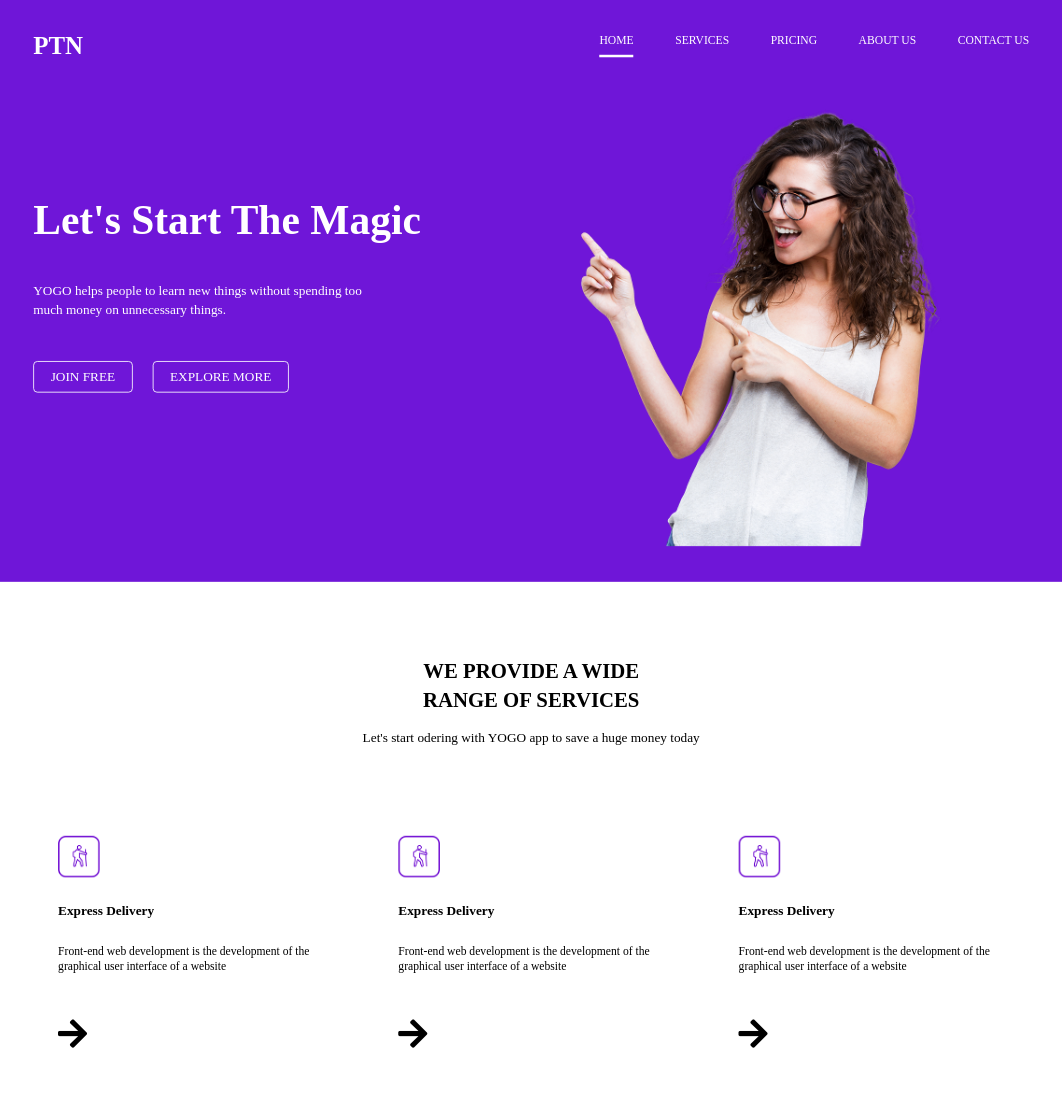
Repository: PhamTrungNguyen/LuyenTap
Page: index.html
An editor plug-in stored every save of this project. The page is shown before and after the next save, followed by the edit.
The browser window is 1280 px wide. The pictures show the whole page, at 83% of full size.
Some web fonts or font styles are not loaded; a fallback is used. The style sheet was rebuilt from its Sass, Less or Tailwind sources for each picture, by a compiler version that may differ from the author's.

Above is the page before, as saved 2021-12-05 20:05:00.

### index.html
<!DOCTYPE html>
<html lang="en">

<head>
    <meta charset="UTF-8">
    <meta http-equiv="X-UA-Compatible" content="IE=edge">
    <meta name="viewport" content="width=device-width, initial-scale=1.0">
    <title>TN_YoGo</title>
    <link rel="stylesheet" href="./reset.css">
    <link rel="stylesheet" href="./style.css">
    <!-- link truyền icon -->
    <link rel="stylesheet" href="https://cdnjs.cloudflare.com/ajax/libs/font-awesome/5.15.3/css/all.min.css"
        integrity="sha512-iBBXm8fW90+nuLcSKlbmrPcLa0OT92xO1BIsZ+ywDWZCvqsWgccV3gFoRBv0z+8dLJgyAHIhR35VZc2oM/gI1w=="
        crossorigin="anonymous" referrerpolicy="no-referrer" />
    <!-- link font chữ -->
    <link
        href="https://fonts.googleapis.com/css2?family=Roboto:ital,wght@0,300;0,400;1,300;1,400&family=Zen+Loop&display=swap"
        rel="stylesheet">
</head>

<body>
    <!-- -------------------- Logo và menu -------------------- -->
    <header class="header">
        <div class="container">
            <div class="header-main">
                <a href="#" class="header-main_logo">PTN</a>
                <ul class="header-main_menu">
                    <li class="header-main_menu__item">
                        <a href="" class="header-main_menu__link active-home">Home</a>
                    </li>
                    <li class="header-main_menu__item">
                        <a href="" class="header-main_menu__link">Services</a>
                    </li>
                    <li class="header-main_menu__item">
                        <a href="" class="header-main_menu__link">Pricing</a>
                    </li>
                    <li class="header-main_menu__item">
                        <a href="" class="header-main_menu__link">About Us</a>
                    </li>
                    <li class="header-main_menu__item">
                        <a href="" class="header-main_menu__link">Contact Us</a>
                    </li>
                </ul>
            </div>
            <!-- -------------------- Phần header trung tâm -------------------- -->
            <div class="header-center">
                <div class="header-left">
                    <h2 class="header-left_title">Let's Start The Magic</h2>
                    <p class="header-left_desc">YOGO helps people to learn new things without spending too much money on
                        unnecessary things.</p>
                    <div class="header-left_click">
                        <a href="" class="header-left_link">join free</a>
                        <a href="" class="header-left_link">explore more</a>
                    </div>
                </div>
                <div class="header-right">
                    <img src="./images/home-pic.png" alt="" class="header-right_image">
                </div>
            </div>
        </div>
    </header>
    <!-- -------------------- Phần service ( dưới header ) -------------------- -->
    <section class="service">
        <div class="container">
            <div class="service-over">
                <h2 class="service-over_title">we provide a wide range of services</h2>
                <p class="service-over_desc">Let's start odering with YOGO app to save a huge money today</p>
            </div>
            <div class="service-below">
                <div class="service-below--list">
                    <div class="service-below--block">
                        <img src="./images/Icon-1.png" alt="" class="service-below_icon">
                        <h3 class="service-below_title">Express Delivery</h3>
                        <span class="service-below_desc">Front-end web development is the development of the graphical user interface of a website</span>
                        <div class="service-below_item">
                            <i class="fas fa-arrow-right"></i>
                        </div>
                    </div>
                </div>
                <div class="service-below--list">
                    <div class="service-below--block">
                        <img src="./images/Icon-1.png" alt="" class="service-below_icon">
                        <h3 class="service-below_title">Express Delivery</h3>
                        <span class="service-below_desc">Front-end web development is the development of the graphical user interface of a website</span>
                        <div class="service-below_item">
                            <i class="fas fa-arrow-right"></i>
                        </div>
                    </div>
                </div>
                <div class="service-below--list">
                    <div class="service-below--block">
                        <img src="./images/Icon-1.png" alt="" class="service-below_icon">
                        <h3 class="service-below_title">Express Delivery</h3>
                        <span class="service-below_desc">Front-end web development is the development of the graphical user interface of a website</span>
                        <div class="service-below_item">
                            <i class="fas fa-arrow-right"></i>
                        </div>
                    </div>
                </div>

            </div>
        </div>
    </section>

</body>

</html>

### reset.css
/* http://meyerweb.com/eric/tools/css/reset/
   v2.0 | 20110126
   License: none (public domain)
*/

html,
body,
div,
span,
applet,
object,
iframe,
h1,
h2,
h3,
h4,
h5,
h6,
p,
blockquote,
pre,
a,
abbr,
acronym,
address,
big,
cite,
code,
del,
dfn,
em,
img,
ins,
kbd,
q,
s,
samp,
small,
strike,
strong,
sub,
sup,
tt,
var,
b,
u,
i,
center,
dl,
dt,
dd,
ol,
ul,
li,
fieldset,
form,
label,
legend,
table,
caption,
tbody,
tfoot,
thead,
tr,
th,
td,
article,
aside,
canvas,
details,
embed,
figure,
figcaption,
footer,
header,
hgroup,
menu,
nav,
output,
ruby,
section,
summary,
time,
mark,
audio,
video {
  margin: 0;
  padding: 0;
  border: 0;
  font-size: 100%;
  font: inherit;
  vertical-align: baseline;
}
/* HTML5 display-role reset for older browsers */
article,
aside,
details,
figcaption,
figure,
footer,
header,
hgroup,
menu,
nav,
section {
  display: block;
}
body {
  line-height: 1;
}
ol,
ul {
  list-style: none;
}
blockquote,
q {
  quotes: none;
}
blockquote:before,
blockquote:after,
q:before,
q:after {
  content: "";
  content: none;
}
table {
  border-collapse: collapse;
  border-spacing: 0;
}

### style.scss
html {
  font-size: 62.5%;
}
* {
  box-sizing: border-box;
}
body {
  font-family: "Bona Nova", serif;
  font-size: 1.6rem;
  font-weight: normal;
  outline: none;
}
a {
  text-decoration: none;
}
img {
  max-width: 100%;
}
.container {
  padding: 4rem;
}
.active-home {
  border-bottom: 3px solid white !important;
  padding-bottom: 10px;
}
.header {
  //-------------------- Logo và menu --------------------
  background-color: #6f16d8;
  &-main {
    // max-width: 1100px;
    display: flex;
    flex-direction: row;
    justify-content: space-between;
    &_logo {
      display: inline-block;
      text-transform: uppercase;
      font-size: 3rem;
      font-weight: 700;
      color: white;
    }
    &_menu {
      cursor: pointer;
      display: flex;
      flex-direction: row;
      position: relative;
      &__item:not(:last-child) {
        margin-right: 5rem;
      }
      &__link {
        text-transform: uppercase;
        display: inline-block;
        color: white;
        font-size: 1.4rem;
        border-bottom: 2px solid transparent;
        padding-bottom: 10px;
        transition: all 0.25s linear;
      }
      &__link:hover {
        color: black;
        border-bottom: 3px solid white;
      }
    }
  }
}
@media screen and (max-width: 767px) {
  .container {
    padding: 3rem;
  }
  .header-main {
    display: block;
    &_logo {
      display: block;
      text-align: center;
      padding-bottom: 1rem;
    }
  }
  .header-main_menu__item:not(:last-child) {
    margin-right: 1.4rem;
  }
  .header-main_menu__link {
    font-size: 1.5rem;
    text-transform: capitalize;
  }
}
//-------------------- Phần header trung tâm --------------------
.header {
  &-center {
    padding-top: 15rem;
    display: flex;
    justify-content: space-between;
  }
  &-left {
    margin-top: 2rem;
    &_title {
      color: white;
      font-size: 5rem;
      font-weight: bold;
      padding-bottom: 5rem;
    }
    &_desc {
      color: white;
      max-width: 400px;
      line-height: 1.4;
      padding-bottom: 5rem;
    }
    &_link {
      display: inline-block;
      padding: 1rem 2rem;
      color: white;
      text-transform: uppercase;
      border-radius: 0.5rem;
      border: 1px solid white;
      transition: all 0.25s linear;
      margin-right: 2rem;
    }
    &_link:hover {
      background-color: #fff;
      color: black;
    }
  }
  &-right {
    margin-right: 10rem;
    margin-top: -10rem;
    &_image {
      width: 45rem;
    }
  }
}
@media screen and (max-width: 1023px) {
  .header-left {
    margin-top: 0rem;
  }
  .header-center {
    padding-top: 8rem;
  }
  .header-right {
    margin-right: 0rem;
    margin-top: -3rem;
  }
  .header-left_title {
    padding-bottom: 3rem;
  }
  .header-left_desc {
    max-width: 350px;
    padding-bottom: 4rem;
  }
}
@media  screen and (max-width:767px){
  .header-center {
    padding-top: 4rem;
}
  .header-left_title {
    font-size: 2rem;
    padding-bottom: 2rem;
}
.header-right_image {
  width: 50rem;
  height: 24rem;
}
.header-right {
  margin-right: -3rem;
  margin-top: 0rem;
}
.header-left_desc {
  line-height: 1.2;
  padding-bottom: 0rem;
  font-size: 1.2rem;
}
.header-left_link {
  margin-top: 2rem;
  padding: 0.5rem 1rem;
  font-size: 1.5rem;
  margin-right: 0rem;
  max-width: 10rem;
  text-align: center;
}
}
//-------------------- Phần service ( dưới header ) --------------------
.service
{
  padding-top: 5rem;
  &-over
  {
    padding-bottom: 5rem;
    text-align: center;
    &_title
    {
      margin: 0 auto;
      text-transform: uppercase;
      color: black;
      font-size: 2.5rem;
      font-weight: 600;
      max-width:350px;
      padding-bottom: 2rem;
      line-height: 1.4;
    }
  }
  &-below
  {

    display:flex;
    flex-wrap: wrap;
    &--block{
      padding:6rem 3rem 4rem 3rem;
      // background-color: #6f16d8;
      border-radius:1rem;
      transition: all 0.75s ease;
    }
    &--list{
      width: calc(33.33% - 2rem);

    }
    &--list:hover{
      .service-below--block{
        background-color: #6f16d8
      }
      .service-below_title , .service-below_desc,.service-below_item {
        transition: all 0.75s ease;
        color:white;
      }


    }
    &--list:not(:last-child)
    {
      margin-right: 3rem;

    }
    &_icon {
     width:5rem;
     height:5rem;
     margin-bottom: 3rem;
    }
    &_title{
      color: black;
      font-weight: 600;
      padding-bottom: 3rem;
      // transition: all 0.5s ease;
    }
    &_desc{
      color: black;
      line-height:1.4;
      word-break: break-word;
      font-size: 1.4rem;
      // transition: all 0.5s ease;
    }
    &_item{
      padding-top: 5rem;
      font-size: 4rem;
    }
  }
}

After the next save:
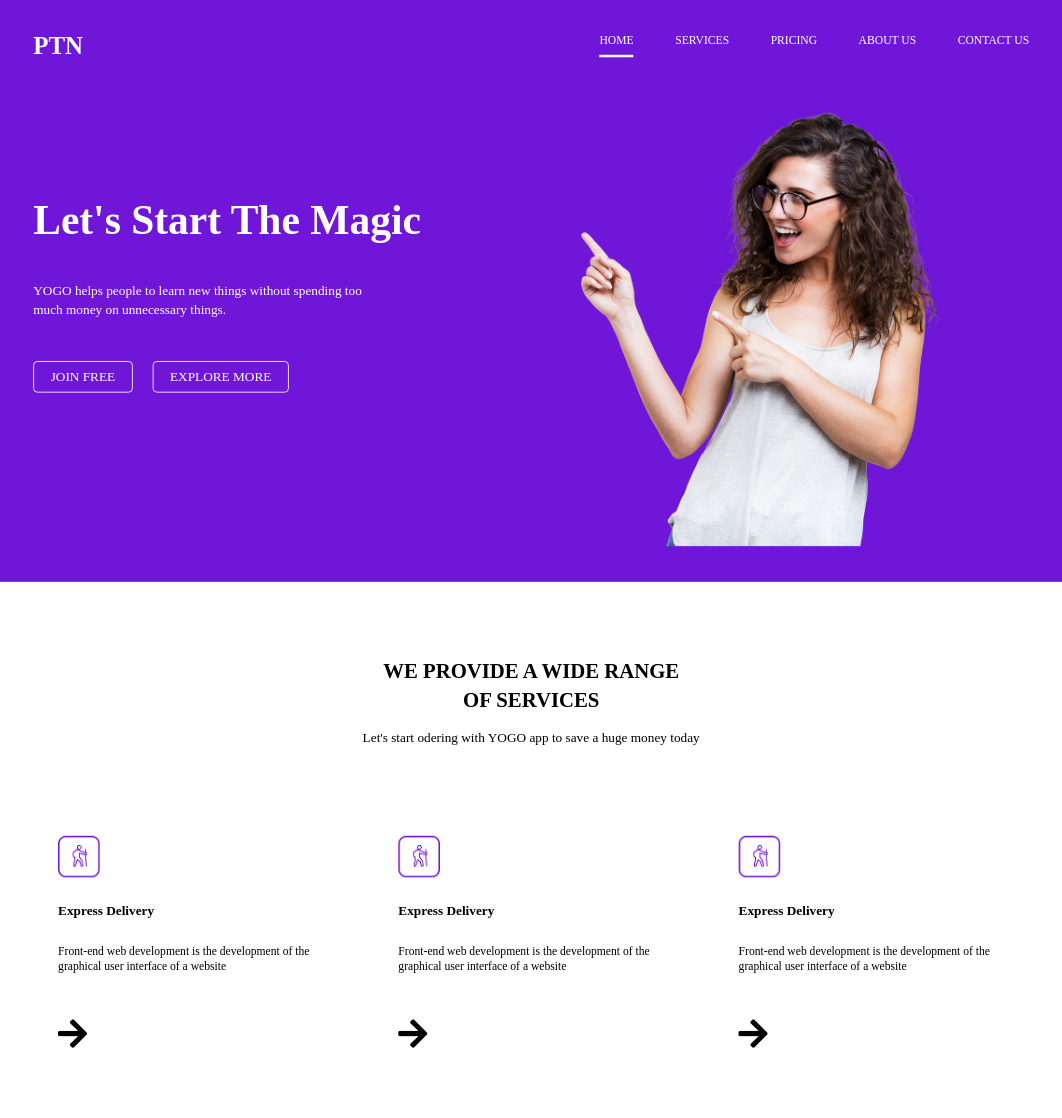
Saved 5 s later.
--- a/style.scss
+++ b/style.scss
@@ -190,7 +190,7 @@ img {
       color: black;
       font-size: 2.5rem;
       font-weight: 600;
-      max-width:350px;
+      max-width:380px;
       padding-bottom: 2rem;
       line-height: 1.4;
     }
